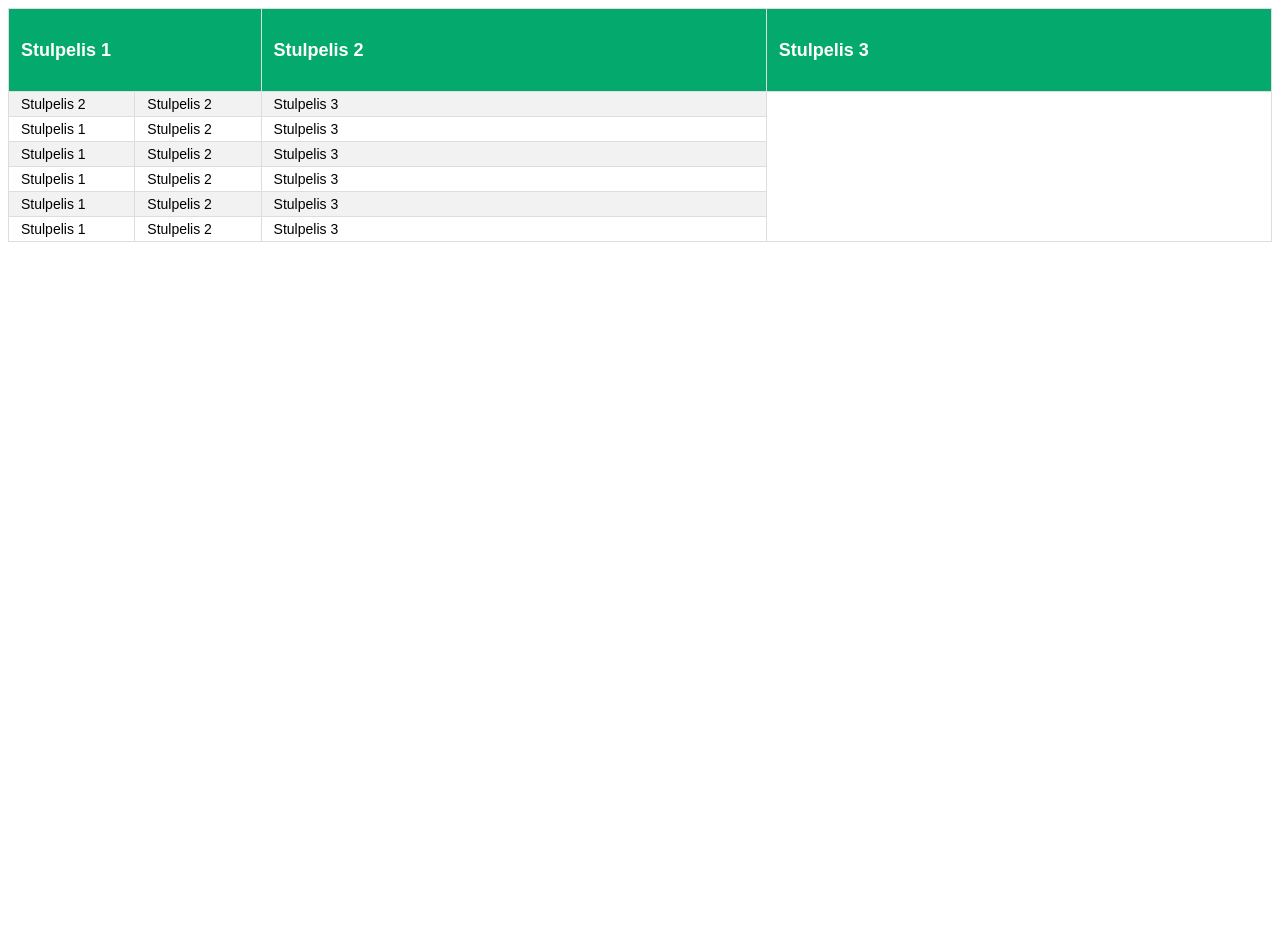
Repository: motiejus1/10-paskaita-05.31
Page: index.html
An editor plug-in stored every save of this project. The page is shown before and after the next save, followed by the edit.
The browser window is 1280 px wide. The pictures show the part of the page from y = 0 to 952 px (the page is 3250 px tall).
Backgrounds fixed to the window are drawn as part of the page.

Above is the page before, as saved 2021-06-16 20:38:31.

After the next save:
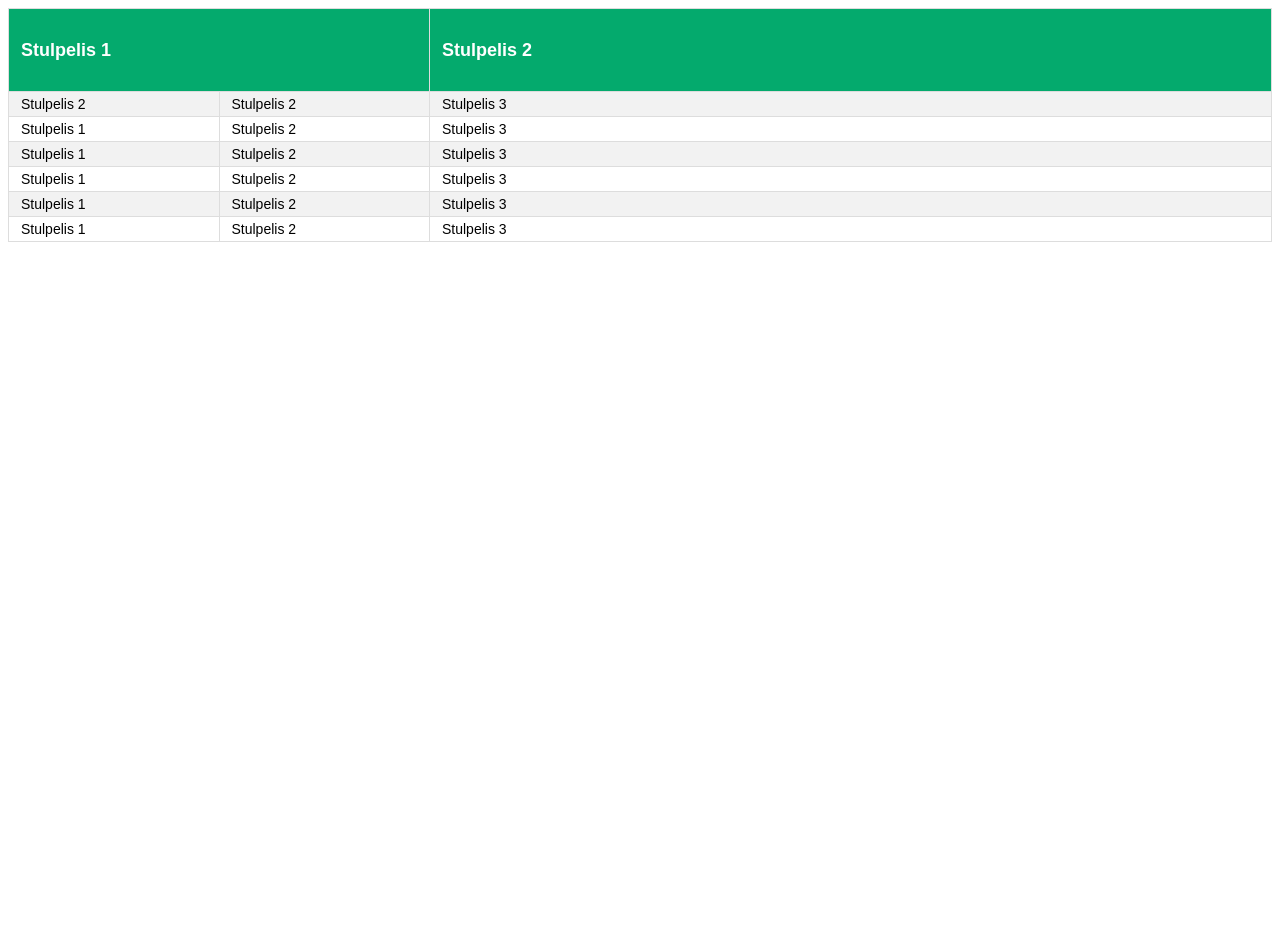
Saved 6 s later.
--- a/index.html
+++ b/index.html
@@ -115,7 +115,6 @@
         <tr>
             <th class="col-20" colspan="2">Stulpelis 1</th>
             <th class="col-40">Stulpelis 2</th>
-            <th class="col-40">Stulpelis 3</th>
         </tr>
         <tr>
             <td>
